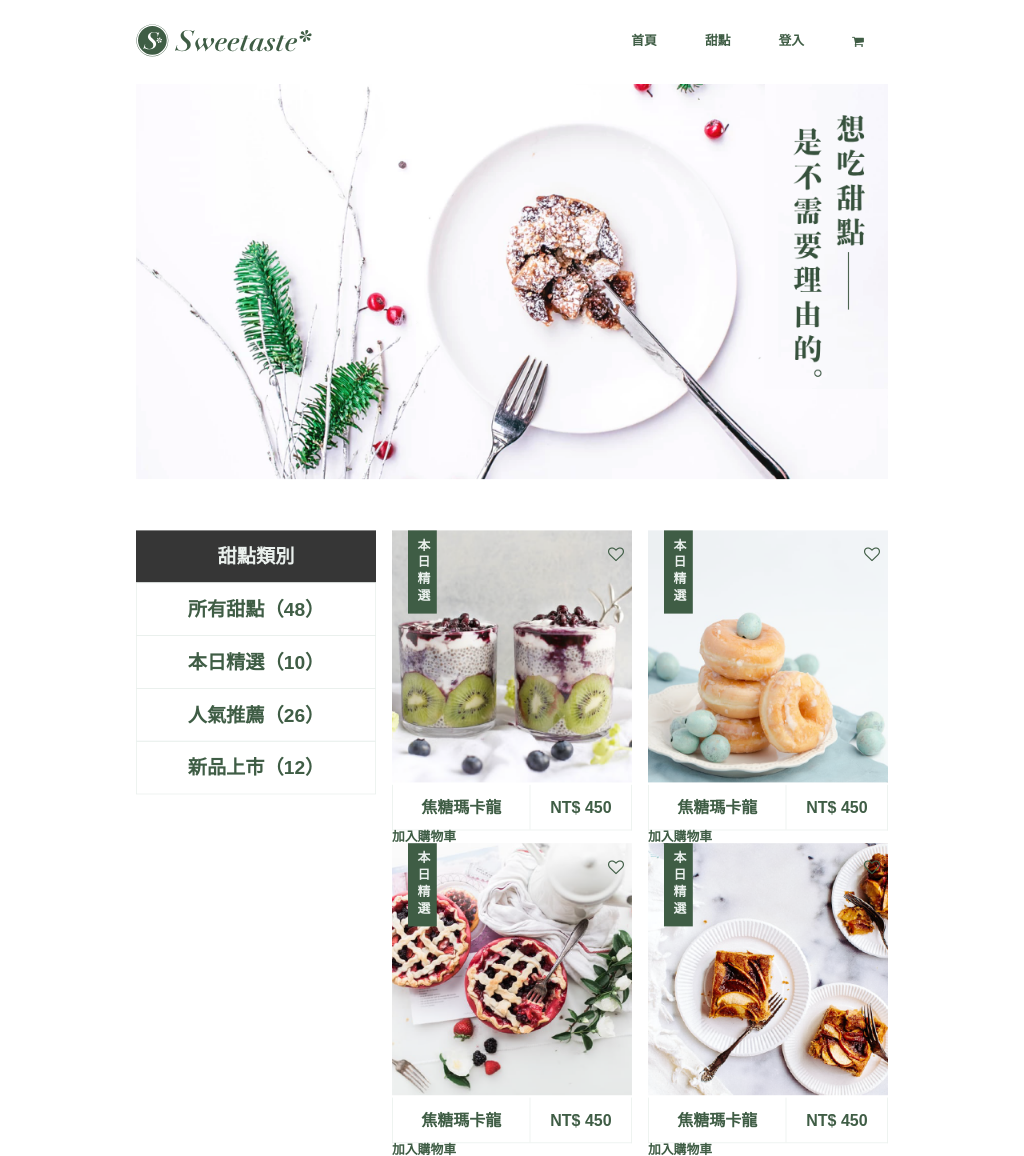
Repository: michelle61219/Sweets
Page: index.html
These files come from the project's save history. The page is drawn as it stood at one moment and after the next save; the edit follows.
The browser window is 1280 px wide. The pictures show the whole page, at 80% of full size.

Above is the page before, as saved 2021-06-13 15:44:03.

### index.html
<!DOCTYPE html>
<html lang="en">
	<head>
		<meta charset="UTF-8" />
		<meta http-equiv="X-UA-Compatible" content="IE=edge" />
		<meta name="viewport" content="width=device-width, initial-scale=1.0" />
		<link rel="stylesheet" href="style.css" />
		<link
			rel="stylesheet"
			href="https://cdnjs.cloudflare.com/ajax/libs/font-awesome/4.7.0/css/font-awesome.min.css"
		/>
		<title>甜點電商</title>
	</head>
	<body>
		<header></header>
		<div class="header container">
			<h1>
				<a href="#">
					<img
						width="220"
						height="40"
						src="images/logo-all-dark.svg"
						alt="logo"
					/>
				</a>
			</h1>
			<nav>
				<ul class="menu">
					<li><a href="#">首頁</a></li>
					<li><a href="#">甜點</a></li>
					<li><a href="#">登入</a></li>
					<li>
						<a href="#">
							<i class="fa fa-shopping-cart"></i>
						</a>
					</li>
				</ul>
			</nav>
		</div>
		<div class="banner container">
			<img src="images/banner.png" alt="banner" />
		</div>
		<div class="main container">
			<div class="aside">
				<h2>甜點類別</h2>
				<ul>
					<li><a href="#">所有甜點（48）</a></li>
					<li><a href="#">本日精選（10）</a></li>
					<li><a href="#">人氣推薦（26）</a></li>
					<li><a href="#">新品上市（12）</a></li>
				</ul>
			</div>
			<div class="productList">
				<ul class="productList-card">
					<li>
						<div class="tag">本日精選</div>
						<i class="fa fa-heart-o heart"></i>
						<img src="images/p-1.png" alt="p1" />
						<div class="productList-card-body">
							<h2>焦糖瑪卡龍</h2>
							<span>NT$ 450</span>
						</div>
						<a href="#" class="cart">加入購物車</a>
					</li>
					<li>
						<div class="tag">本日精選</div>
						<i class="fa fa-heart-o heart"></i>
						<img src="images/p-2.png" alt="p1" />
						<div class="productList-card-body">
							<h2>焦糖瑪卡龍</h2>
							<span>NT$ 450</span>
						</div>
						<a href="#" class="cart">加入購物車</a>
					</li>
					<li>
						<div class="tag">本日精選</div>
						<i class="fa fa-heart-o heart"></i>
						<img src="images/p-3.png" alt="p1" />
						<div class="productList-card-body">
							<h2>焦糖瑪卡龍</h2>
							<span>NT$ 450</span>
						</div>
						<a href="#" class="cart">加入購物車</a>
					</li>
					<li>
						<div class="tag">本日精選</div>
						<i class="fa fa-heart-o heart"></i>
						<img src="images/p-4.png" alt="p1" />
						<div class="productList-card-body">
							<h2>焦糖瑪卡龍</h2>
							<span>NT$ 450</span>
						</div>
						<a href="#" class="cart">加入購物車</a>
					</li>
				</ul>
			</div>
		</div>
	</body>
</html>

### style.css
/* http://meyerweb.com/eric/tools/css/reset/
   v2.0 | 20110126
   License: none (public domain)
*/

html,
body,
div,
span,
applet,
object,
iframe,
h1,
h2,
h3,
h4,
h5,
h6,
p,
blockquote,
pre,
a,
abbr,
acronym,
address,
big,
cite,
code,
del,
dfn,
em,
img,
ins,
kbd,
q,
s,
samp,
small,
strike,
strong,
sub,
sup,
tt,
var,
b,
u,
i,
center,
dl,
dt,
dd,
ol,
ul,
li,
fieldset,
form,
label,
legend,
table,
caption,
tbody,
tfoot,
thead,
tr,
th,
td,
article,
aside,
canvas,
details,
embed,
figure,
figcaption,
footer,
header,
hgroup,
menu,
nav,
output,
ruby,
section,
summary,
time,
mark,
audio,
video {
	margin: 0;
	padding: 0;
	border: 0;
	font-size: 100%;
	font: inherit;
	vertical-align: baseline;
}
/* HTML5 display-role reset for older browsers */
article,
aside,
details,
figcaption,
figure,
footer,
header,
hgroup,
menu,
nav,
section {
	display: block;
}
body {
	line-height: 1;
}
ol,
ul {
	list-style: none;
}
blockquote,
q {
	quotes: none;
}
blockquote:before,
blockquote:after,
q:before,
q:after {
	content: '';
	content: none;
}
table {
	border-collapse: collapse;
	border-spacing: 0;
}
img {
	max-width: 100%;
	height: auto;
}

/* ---CSS Starts from Here--- */

body {
	color: #3f5d45;
	font-family: Arial, Helvetica, sans-serif;
	font-weight: bold;
}

a {
	color: #3f5d45;
	text-decoration: none;
}

.container {
	width: 940px; /* based on main image */
	margin: 0 auto;
}

.header {
	display: flex;
	justify-content: space-between;
	align-items: center;
	padding-top: 30px;
	padding-bottom: 30px;
}

.menu {
	display: flex;
}

.menu a {
	padding: 10px 30px 8px 30px;
}

.menu a:hover {
	background: #3f5d45;
	color: white;
}

.banner {
	margin-bottom: 60px;
}

.main {
	display: flex;
	justify-content: space-between;
}

/* based on banner's width */
.aside {
	width: 300px;
}

.aside h2 {
	background: #363636;
	color: #eaf0ed;
	text-align: center;
	font-size: 24px;
	line-height: 65px;
}

.aside li {
	/* Avoid overlaying border lines between each list */
	margin-bottom: -1px;
}
.aside a {
	font-size: 24px;
	text-align: center;
	display: block;
	line-height: 65px;
	border: 1px solid #eaf0ed;
}
.aside a:hover {
	background: #eaf0ed;
}

.productList {
	width: 620px;
}
.productList-card {
	display: flex;
	flex-wrap: wrap;
	justify-content: space-between;
}
.productList-card li {
	width: 300px;
	position: relative;
}

.productList-card .tag {
	position: absolute;
	left: 20px;
	top: 0px;
	/* text */
	writing-mode: vertical-lr;
	letter-spacing: 5px;
	padding: 10px;
	background: #3f5d45;
	color: #eaf0ed;
}
.productList-card .heart {
	position: absolute;
	right: 10px;
	top: 20px;
	font-size: 20px;
}
.productList-card-body {
	display: flex;
	border-bottom: 1px solid #eaf0ed;
	border-left: 1px solid #eaf0ed;
	border-right: 1px solid #eaf0ed;
	line-height: 56px;
	font-size: 20px;
	text-align: center;
}
.productList-card-body h2 {
	/* 300-127 */
	width: 173px;
	border-right: 1px solid #eaf0ed;
}
.productList-card-body span {
	width: 127px;
	font-weight: bold;
}

After the next save:
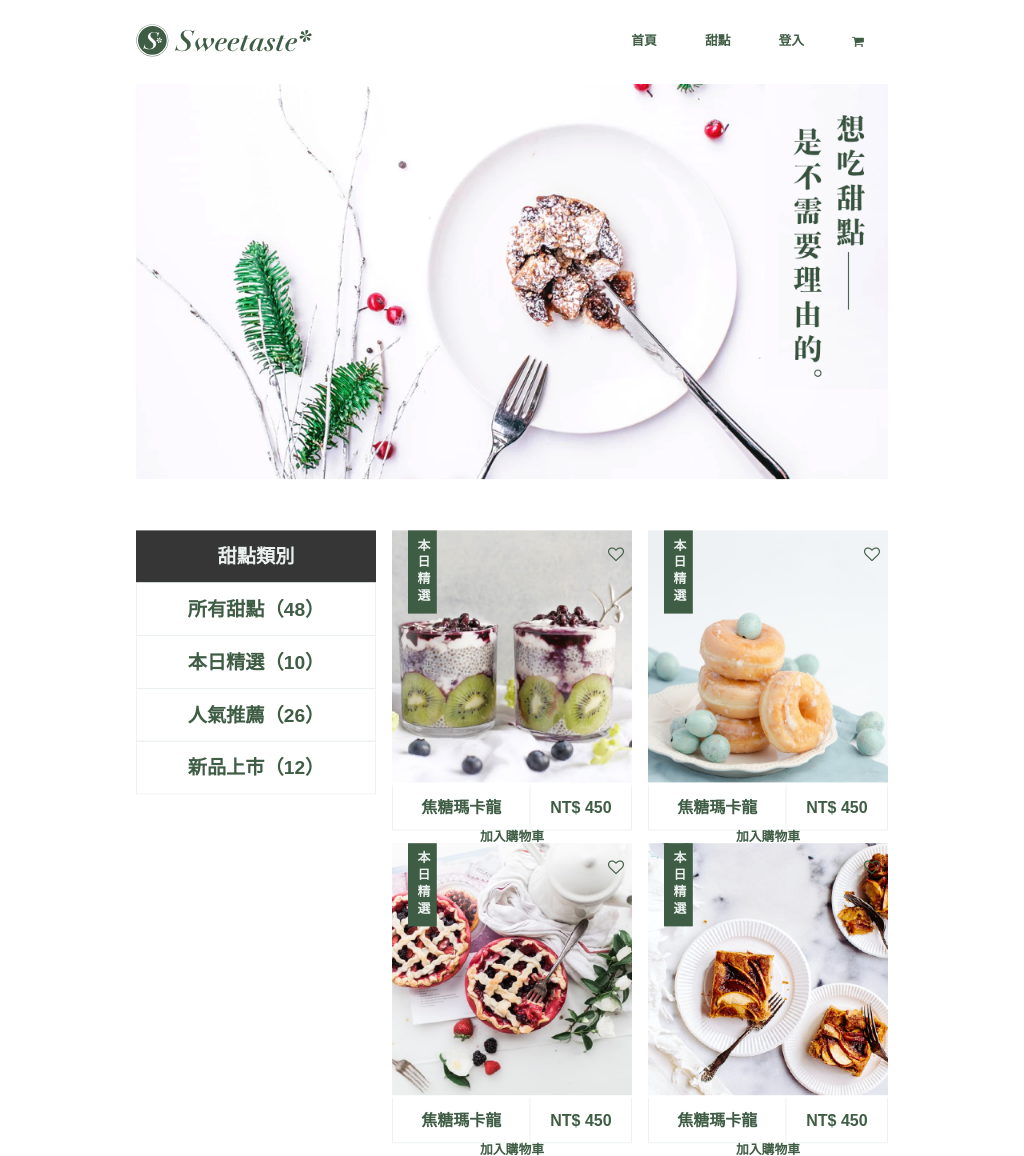
Saved 67 s later.
--- a/style.css
+++ b/style.css
@@ -256,3 +256,7 @@ a {
 	width: 127px;
 	font-weight: bold;
 }
+.productList-card .cart {
+	display: block;
+	text-align: center;
+}
